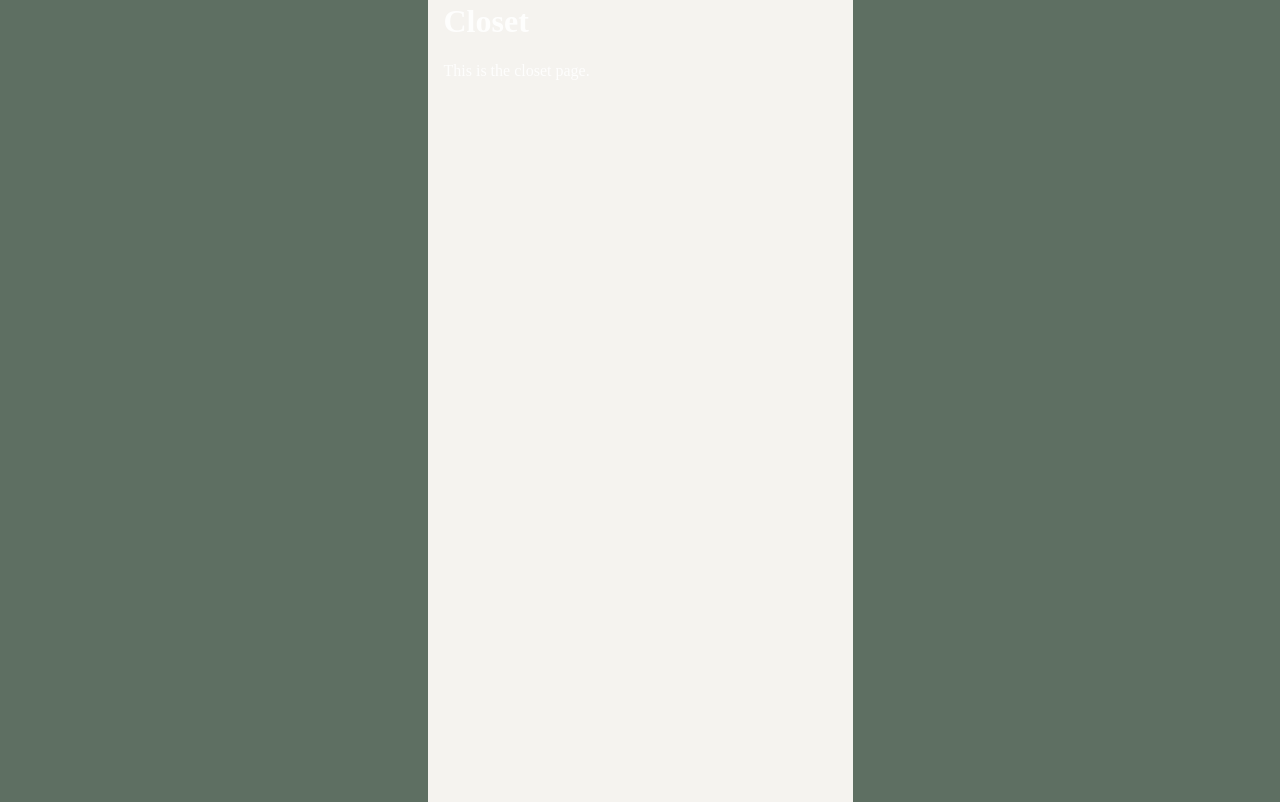
Repository: Strawb3rryjam/app-slotion
Page: /Closet
These files come from the project's save history. The page is drawn as it stood at one moment and after the next save; the edit follows.
The browser window is 1280 px wide. The pictures show the whole page.
The project was rebuilt for these pictures with package versions that can differ from the ones it lists, and the page was loaded fresh each time. Also part of the build but not shown: vite.config.js, src/App.css. Imported but missing from the stored project, and not drawn on this page: src/pages/Home.

Above is the page before, as saved 2025-05-05 09:23:46.

After the next save:
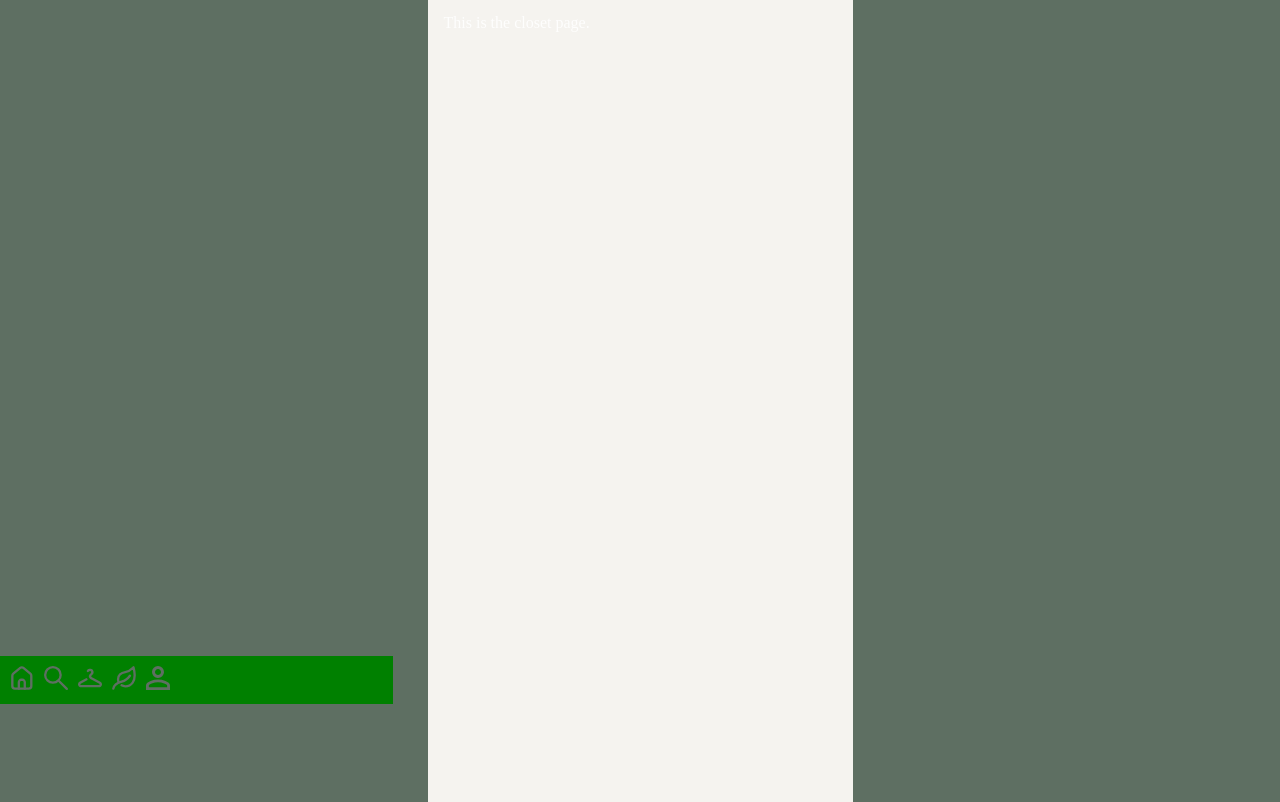
Saved 43 s later.
--- a/src/css/NavBar.module.css
+++ b/src/css/NavBar.module.css
@@ -1,20 +1,23 @@
 .navbar {
     background-color: green;
     padding: 10px 0;
-    width: 425px;
-    position: sticky;
-    justify-content: center;
-    margin-left: -15px; /* Center the navbar */
+    width: 393px; /* Matches the body width */
+    position: absolute;  /* Position at the bottom of the body */
+    bottom: 16px;        /* 16px padding from the bottom of the body */
+    left: 0;             /* Align to the left edge */
+    display: flex;
+    justify-content: flex-start; /* Align content to the left inside the navbar */
   }
 
   .navbar-links {
     display: flex;
-    justify-content: space-around; /* Evenly space out the icons */
-    align-items: center; /* Vertically center the icons */
+    justify-content: flex-start; /* Align icons to the left */
+    align-items: center;         /* Vertically center the icons */
     width: 100%;
   }
 
   .nav-icon {
     width: 24px;  /* Adjust icon size */
     height: 24px;
+    margin-left: 10px; /* Add space between the icons */
   }
